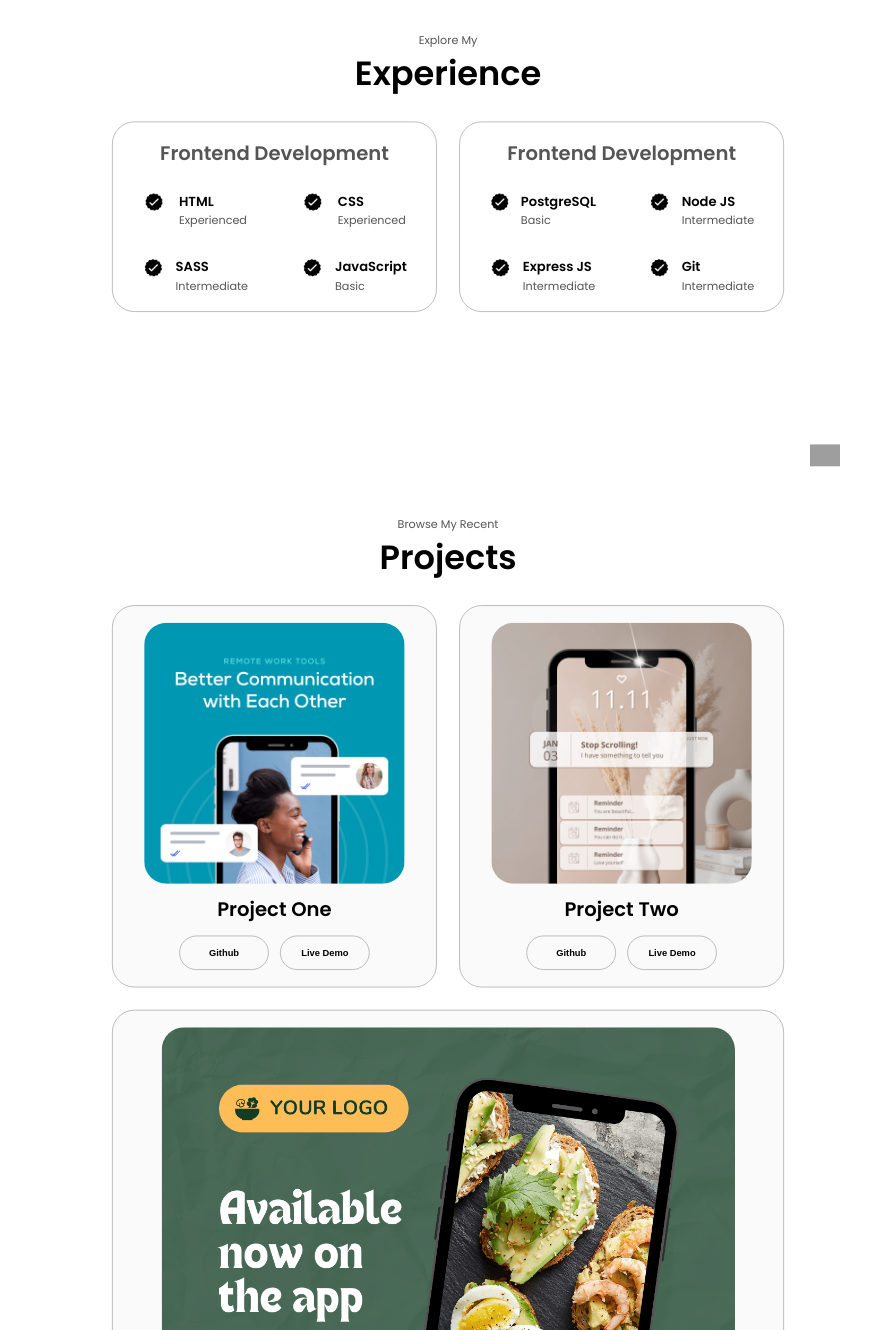
Repository: sonhoang2071/my-portfolio
Page: index.html
An editor plug-in stored every save of this project. The page is shown before and after a run of saves, followed by the edit.
The browser window is 1280 px wide. The pictures show the part of the page from y = 1492 to 3392 px (the page is 4649 px tall before and 4650 px after), at 70% of full size.
Pictures or frames that could not be fetched are drawn as grey boxes. A picture or video elsewhere on the page could not be fetched, so the positions and the page height are approximate.

Above is the page before, as saved 2023-08-19 11:35:02.

After the next 2 saves:
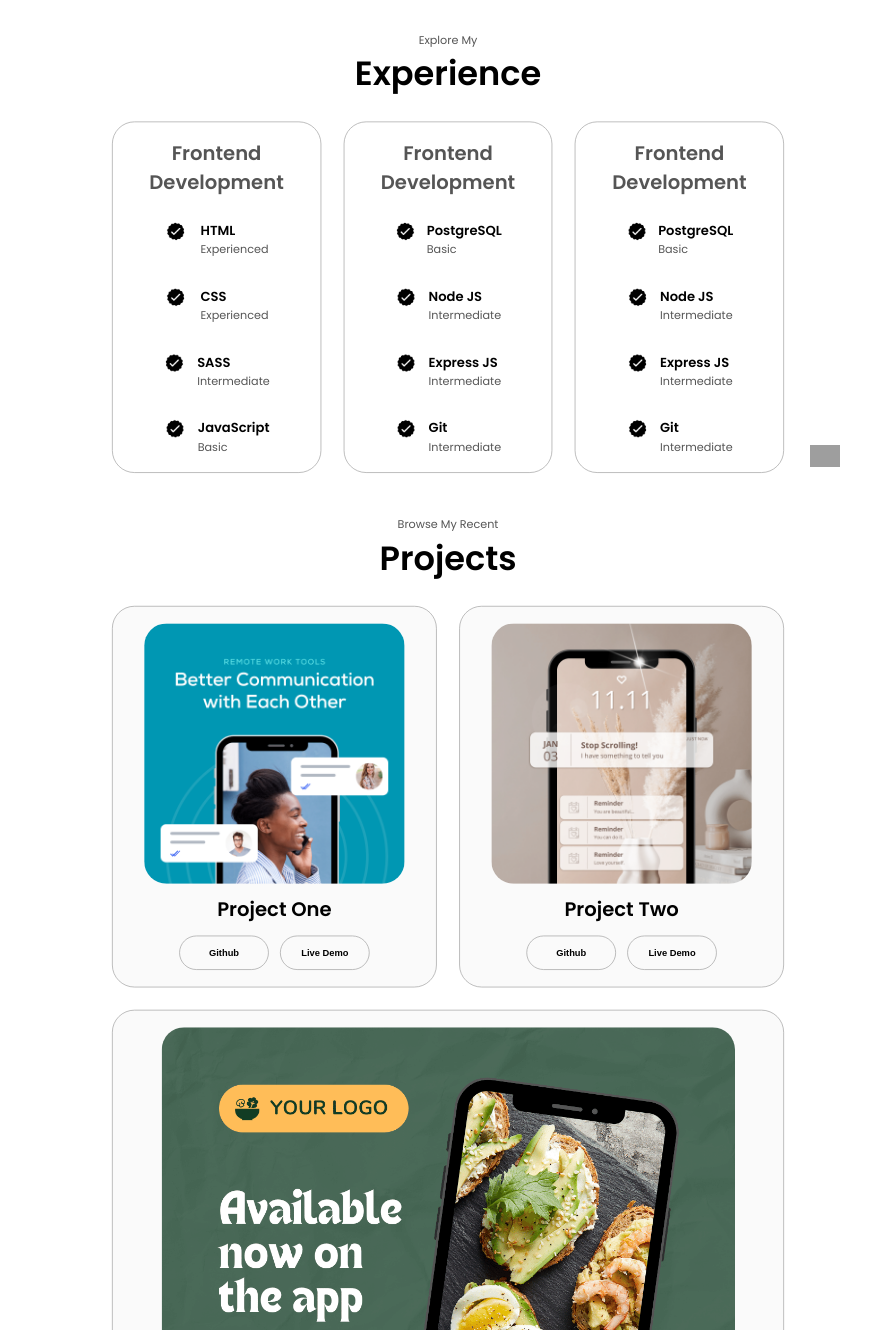
The 2 saves are shown as one change because they came seconds apart.
The last was saved 35 s later.
--- a/index.html
+++ b/index.html
@@ -225,6 +225,55 @@
               </article>
             </div>
           </div>
+          <div class="details-container">
+            <h2 class="experience-sub-title">Frontend Development</h2>
+            <div class="article-container">
+              <article>
+                <img
+                  src="./assets/checkmark.png"
+                  alt="Experience icon"
+                  class="icon"
+                />
+                <div>
+                  <h3>PostgreSQL</h3>
+                  <p>Basic</p>
+                </div>
+              </article>
+              <article>
+                <img
+                  src="./assets/checkmark.png"
+                  alt="Experience icon"
+                  class="icon"
+                />
+                <div>
+                  <h3>Node JS</h3>
+                  <p>Intermediate</p>
+                </div>
+              </article>
+              <article>
+                <img
+                  src="./assets/checkmark.png"
+                  alt="Experience icon"
+                  class="icon"
+                />
+                <div>
+                  <h3>Express JS</h3>
+                  <p>Intermediate</p>
+                </div>
+              </article>
+              <article>
+                <img
+                  src="./assets/checkmark.png"
+                  alt="Experience icon"
+                  class="icon"
+                />
+                <div>
+                  <h3>Git</h3>
+                  <p>Intermediate</p>
+                </div>
+              </article>
+            </div>
+          </div>
         </div>
       </div>
       <img
